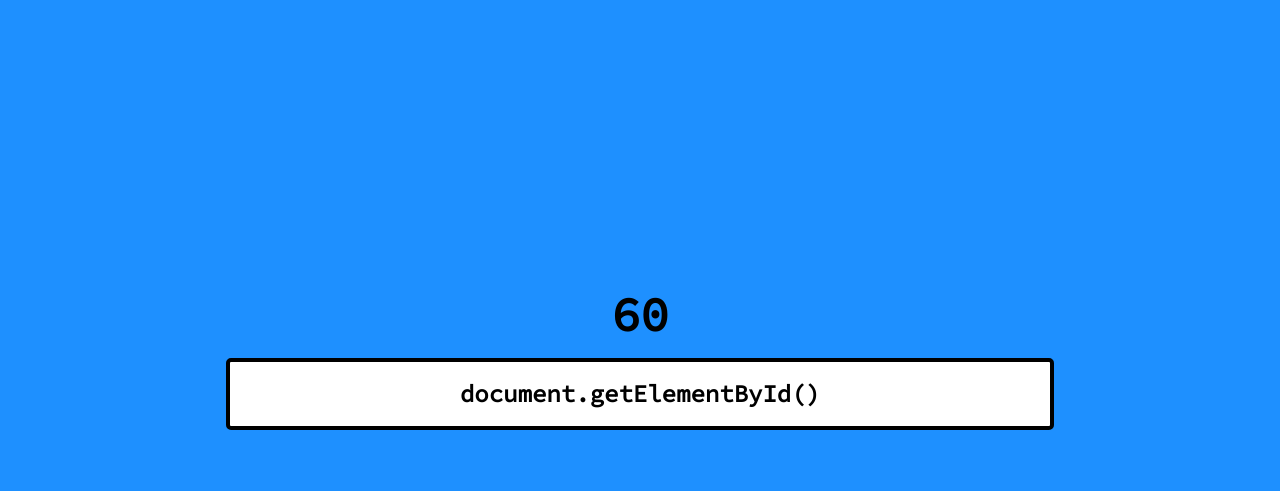
Repository: kenta7255/typing-game
Page: index.html
The author's editor kept a copy of each file at every save. The page is drawn from the files as they stood at one save, then again after the next save.
The browser window is 1280 px wide. The pictures show the whole page.
After loading, the first visible `#start` was clicked once.
The style sheet was rebuilt from its Sass, Less or Tailwind sources for each picture, by a compiler version that may differ from the author's.

Above is the page before, as saved 2021-04-11 13:29:19.

After the next save:
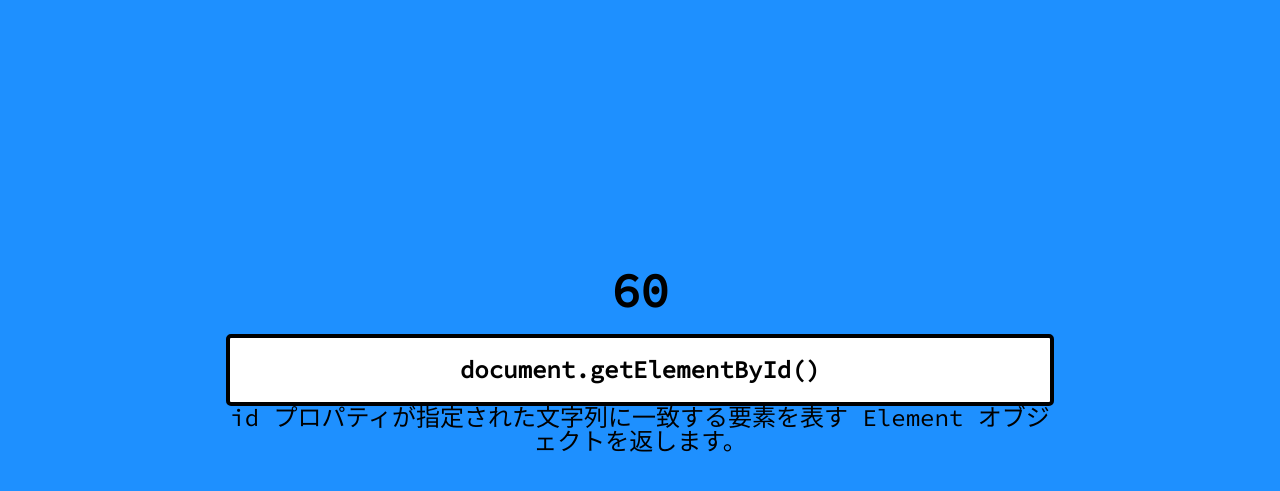
Saved 65 s later.
--- a/script.js
+++ b/script.js
@@ -46,7 +46,7 @@ const createText = () => {
   })
 
   for (let item of description){
-
+    d.textContent = description[rand];
   }
 
 };
